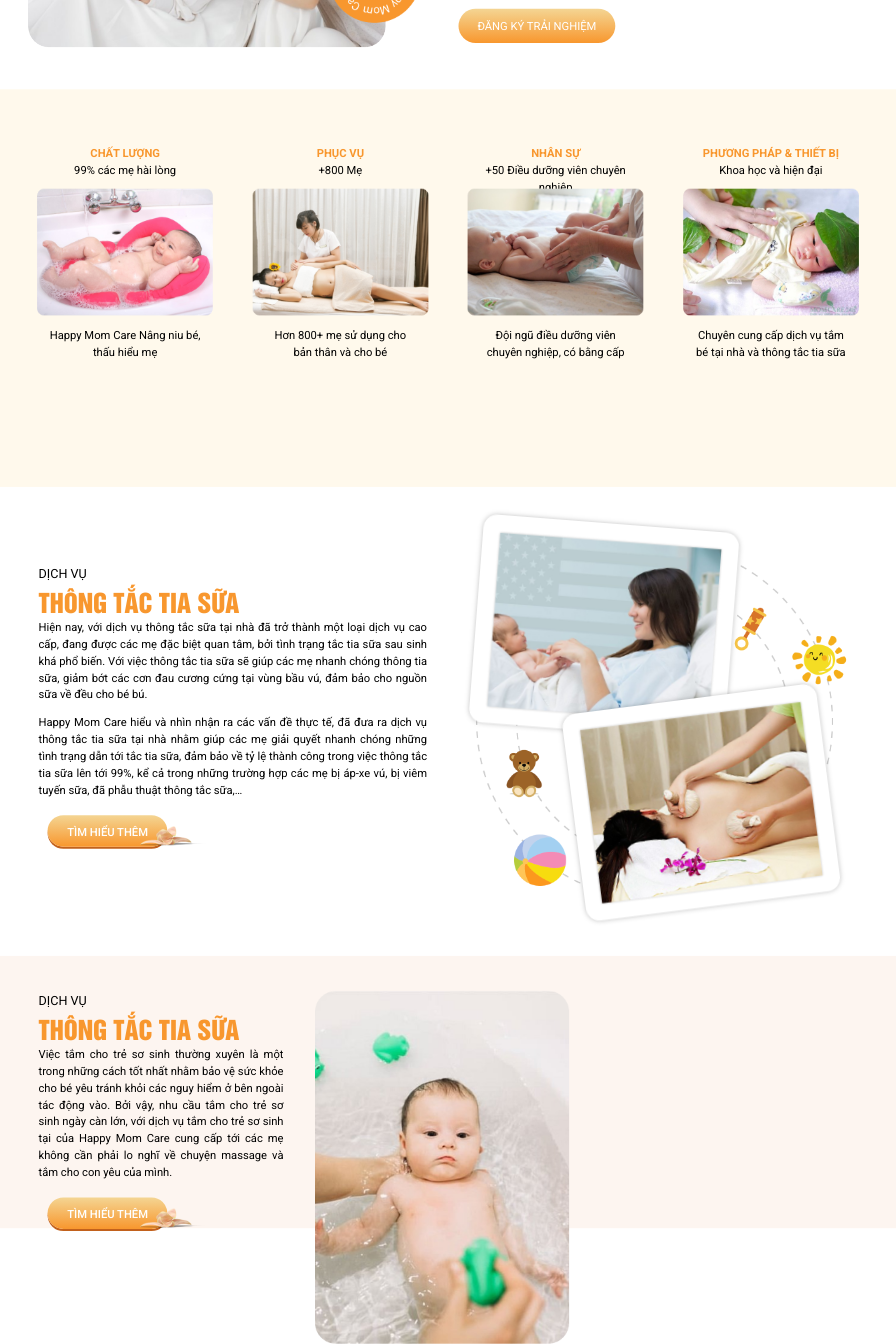
Repository: haianh12082001/happymom
Page: index.html
An editor plug-in stored every save of this project. The page is shown before and after the next save, followed by the edit.
The browser window is 1280 px wide. The pictures show the part of the page from y = 1541 to 3461 px (the page is 3461 px tall), at 70% of full size.
Some web libraries are served in a nearby version. The style sheet was rebuilt from its Sass, Less or Tailwind sources for each picture, by a compiler version that may differ from the author's.

Above is the page before, as saved 2021-11-16 10:59:14.

### index.html
<!DOCTYPE html>
<html lang="en">
    <head>
        <meta charset="UTF-8" />
        <meta http-equiv="X-UA-Compatible" content="IE=edge" />
        <meta name="viewport" content="width=device-width, initial-scale=1.0" />
        <title>Document</title>
        <link href="https://fonts.googleapis.com/css2?family=Roboto:wght@300;400;500;700;900&display=swap" rel="stylesheet" />
        <link rel="stylesheet" href="./assets/fonts/fontawesome-free-5.15.3/css/all.min.css" />
        <link
            rel="stylesheet"
            href="https://cdn.jsdelivr.net/npm/bootstrap@4.6.0/dist/css/bootstrap.min.css"
            integrity="sha384-B0vP5xmATw1+K9KRQjQERJvTumQW0nPEzvF6L/Z6nronJ3oUOFUFpCjEUQouq2+l"
            crossorigin="anonymous"
        />
        <link rel="stylesheet" href="./assets/css/app.css" />
    </head>
    <body>
        <div class="topbar">
            <div class="topbar__container container">
                <div class="topbar__logo">
                    <img src="./assets/img/logo.png" alt="" />
                </div>
                <div class="topbar__openTime">
                    <div class="openTime__text">Giờ mở cửa</div>
                    <div class="openTime__time">8h00 - 16h00</div>
                </div>
                <div class="topbar__seach">
                    <input type="text" name="" id="" placeholder="Tìm kiếm" />
                    <button class="button__seach">
                        <i class="fas fa-search r"></i>
                    </button>
                </div>
                <div class="topbar__hotline">
                    <div class="hotline__icon">
                        <img src="./assets/img/icon__phone.png" alt="" />
                    </div>
                    <div class="hotline__text">
                        <p class="hotline__text--top">Hotline:</p>
                        <p class="hotline__text--bottom">0944 430 977</p>
                    </div>
                </div>
                <div class="topbar__book">
                    <div class="book__icon">
                        <i class="fas fa-calendar-alt"></i>
                    </div>
                    <p class="book__text">Đặt lịch hẹn</p>
                </div>
            </div>
        </div>
        <header class="header">
            <div class="header__container container">
                <ul class="header__list">
                    <li class="header__item">
                        <a href="#" class="header__link">Trang chủ</a>
                    </li>
                    <li class="header__item">
                        <a href="#" class="header__link">Giới thiệu</a>
                    </li>
                    <li class="header__item">
                        <a href="#" class="header__link">Dịch vụ</a>
                    </li>
                    <li class="header__item">
                        <a href="#" class="header__link">Khoá học</a>
                    </li>
                    <li class="header__item">
                        <a href="#" class="header__link">Hệ thống đại lý</a>
                    </li>
                    <li class="header__item">
                        <a href="#" class="header__link">Tin tức</a>
                    </li>
                    <li class="header__item">
                        <a href="#" class="header__link">Liên hệ</a>
                    </li>
                </ul>
                <ul class="header__social">
                    <li>
                        <a href="#">
                            <i class="fab fa-facebook-f"></i>
                        </a>
                    </li>
                    <li>
                        <a href="#">
                            <i class="fab fa-twitter"></i>
                        </a>
                    </li>
                    <li>
                        <a href="#">
                            <i class="fab fa-google-plus-g"></i>
                        </a>
                    </li>
                    <li>
                        <a href="#">
                            <i class="fab fa-skype"></i>
                        </a>
                    </li>
                </ul>
            </div>
        </header>
        <section class="banner">
            <div class="banner__content">
                <div class="banner__img">
                    <img src="./assets/img/banner/Rectangle 28.png" alt="" />
                </div>
                <!-- <div class="banner__phone">
                    <div class="icon">
                        <i class="fas fa-phone-alt"></i>
                    </div>
                    <div class="text">0944 430 977</div>
                </div> -->
            </div>
        </section>
        <section class="bannerAdv">
            <div class="bannerAdv__container container">
                <div class="row">
                    <div class="bannerAdv__item col-lg-3">
                        <div class="bannerAdv__item--top">
                            <div class="text">01</div>
                            <img src="./assets/img/bannerAdv/pngwing 6.png" alt="" />
                        </div>
                        <div class="bannerAdv__item--bottom">
                            <div class="name">Uy tín</div>
                            <p class="des">Happy Mom Care với hệ thống hơn 50 Spa tại Việt Nam luôn sẵn sàng phục vụ khách hàng</p>
                        </div>
                    </div>
                    <div class="bannerAdv__item col-lg-3">
                        <div class="bannerAdv__item--top">
                            <div class="text">02</div>
                            <img src="./assets/img/bannerAdv/pngwing 8.png" alt="" />
                        </div>
                        <div class="bannerAdv__item--bottom">
                            <div class="name">Chuyên nghiệm</div>
                            <p class="des">Dịch vụ Spa mẹ và bé tại Happy Mom Care có hệ thống trang thiết bị chuyên nghiệp</p>
                        </div>
                    </div>
                    <div class="bannerAdv__item col-lg-3">
                        <div class="bannerAdv__item--top">
                            <div class="text">03</div>
                            <img src="./assets/img/bannerAdv/pngwing 9.png" alt="" />
                        </div>
                        <div class="bannerAdv__item--bottom">
                            <div class="name">An toàn</div>
                            <p class="des">Đúng quy trình chuẩn y khoa và sử dụng công nghệ cao trong Spa mang đến cho bạn những giải pháp an toàn nhất</p>
                        </div>
                    </div>
                    <div class="bannerAdv__item col-lg-3">
                        <div class="bannerAdv__item--top">
                            <div class="text">04</div>
                            <img src="./assets/img/bannerAdv/pngwing 10.png" alt="" />
                        </div>
                        <div class="bannerAdv__item--bottom">
                            <div class="name">Chất lượng</div>
                            <p class="des">Đội ngũ nhân viên chuyên nghiệp, có nhiều kinh nghiệm trong lĩnh vực Spa</p>
                        </div>
                    </div>
                </div>
            </div>
        </section>
        <section class="introduce">
            <div class="introduce__container container">
                <div class="row">
                    <div class="col-lg-6">
                        <div class="introduce__img">
                            <img src="./assets/img/Rectangle 33.png" alt="" />
                        </div>
                    </div>
                    <div class="col-lg-6">
                        <div class="introduce__heading">Về chúng tôi</div>
                        <div class="introduce__name">Happy mom care</div>
                        <div class="introduce__address">
                            <div class="introduce__address--img">
                                <img src="./assets/img/Ellipse 29.png" alt="" />
                            </div>
                            <div class="introduce__address--text">
                                <p>Spa Happy Mom Care</p>
                                <span>Số 8 Ngõ 21, Phố Việt Hưng, Long Biên, Hà Nội</span>
                            </div>
                        </div>
                        <div class="introduce__text">
                            <p>
                                Với hơn 30+ điều dưỡng viên có bằng cấp và kinh nghiệm lâu năm, Happy Mom Care mong muốn được phục vụ cho mẹ và bé khắp các quận
                                trong Hà Nội. Bao gồm các dịch vụ:
                            </p>
                            <ul class="text__list">
                                <li>Dịch vụ tắm cho trẻ sơ sinh tại nhà</li>
                                <li>Dịch vụ chăm sóc mẹ sau sinh tại nhà</li>
                                <li>Dịch vụ thông tắc tia sữa</li>
                            </ul>
                        </div>
                        <div class="introduce__btn">
                            <a href="">Đăng ký trải nghiệm</a>
                        </div>
                    </div>
                </div>
            </div>
        </section>
        <section class="blog">
            <div class="blog__container container">
                <div class="row">
                    <div class="blog__item col-lg-3">
                        <div class="blog__name">Chất lượng</div>
                        <div class="blog__subname">99% các mẹ hài lòng</div>
                        <div class="blog__img">
                            <img src="./assets/img/blog/Rectangle 35 (3).png" alt="" />
                        </div>
                        <div class="blog__des">Happy Mom Care Nâng niu bé, thấu hiểu mẹ</div>
                        <div class="blog__btn btn">
                            <a href="">Tìm hiểu thêm</a>
                            <img class="blog__btn--img" src="./assets/img/blog/plant 1.png" alt="" />
                        </div>
                    </div>
                    <div class="blog__item col-lg-3">
                        <div class="blog__name">Phục vụ</div>
                        <div class="blog__subname">+800 Mẹ</div>
                        <div class="blog__img">
                            <img src="./assets/img/blog/Rectangle 35 (4).png" alt="" />
                        </div>
                        <div class="blog__des">Hơn 800+ mẹ sử dụng cho bản thân và cho bé</div>
                        <div class="blog__btn btn">
                            <a href="">Tìm hiểu thêm</a>
                            <img class="blog__btn--img" src="./assets/img/blog/plant 1.png" alt="" />
                        </div>
                    </div>
                    <div class="blog__item col-lg-3">
                        <div class="blog__name">Nhân sự</div>
                        <div class="blog__subname">+50 Điều dưỡng viên chuyên nghiệp</div>
                        <div class="blog__img">
                            <img src="./assets/img/blog/Rectangle 35 (5).png" alt="" />
                        </div>
                        <div class="blog__des">Đội ngũ điều dưỡng viên chuyên nghiệp, có bằng cấp</div>
                        <div class="blog__btn btn">
                            <a href="">Tìm hiểu thêm</a>
                            <img class="blog__btn--img" src="./assets/img/blog/plant 1.png" alt="" />
                        </div>
                    </div>
                    <div class="blog__item col-lg-3">
                        <div class="blog__name">PHƯƠNG PHÁP & THIẾT BỊ</div>
                        <div class="blog__subname">Khoa học và hiện đại</div>
                        <div class="blog__img">
                            <img src="./assets/img/blog/Rectangle 35 (6).png" alt="" />
                        </div>
                        <div class="blog__des">Chuyên cung cấp dịch vụ tắm bé tại nhà và thông tắc tia sữa</div>
                        <div class="blog__btn btn">
                            <a href="">Tìm hiểu thêm</a>
                            <img class="blog__btn--img" src="./assets/img/blog/plant 1.png" alt="" />
                        </div>
                    </div>
                </div>
            </div>
        </section>
        <section class="serviceOne">
            <div class="serviceOne__container container">
                <div class="row">
                    <div class="col-lg-6 serviceOne__left">
                        <div class="service__title">Dịch vụ</div>
                        <div class="service__name">Thông tắc tia sữa</div>
                        <div class="service__text">
                            <p>
                                Hiện nay, với dịch vụ thông tắc sữa tại nhà đã trở thành một loại dịch vụ cao cấp, đang được các mẹ đặc biệt quan tâm, bởi tình
                                trạng tắc tia sữa sau sinh khá phổ biến. Với việc thông tắc tia sữa sẽ giúp các mẹ nhanh chóng thông tia sữa, giảm bớt các cơn
                                đau cương cứng tại vùng bầu vú, đảm bảo cho nguồn sữa về đều cho bé bú.
                            </p>
                            <p>
                                Happy Mom Care hiểu và nhìn nhận ra các vấn đề thực tế, đã đưa ra dịch vụ thông tắc tia sữa tại nhà nhằm giúp các mẹ giải quyết
                                nhanh chóng những tình trạng dẫn tới tắc tia sữa, đảm bảo về tỷ lệ thành công trong việc thông tắc tia sữa lên tới 99%, kể cả
                                trong những trường hợp các mẹ bị áp-xe vú, bị viêm tuyến sữa, đã phẫu thuật thông tắc sữa,…
                            </p>
                        </div>
                        <div class="service__btn btn">
                            <a href="">Tìm hiểu thêm</a>
                            <img class="service__btn--img" src="./assets/img/blog/plant 1.png" alt="" />
                        </div>
                    </div>
                    <div class="col-lg-6 serviceOne__right">
                        <div class="bigCircle__img">
                            <img src="./assets/img/serviceOne/Group 392.png" alt="" />
                        </div>
                        <div class="serviceOne__img--top">
                            <img src="./assets/img/serviceOne/Rectangle 37 (1).png" alt="" />
                        </div>
                        <div class="serviceOne__img--bottom">
                            <img src="./assets/img/serviceOne/Rectangle 38 (1).png" alt="" />
                        </div>
                    </div>
                </div>
            </div>
        </section>
        <section class="serviceTwo">
            <div class="serviceTwo__container container">
                <!-- <img class="serviceTwo__bg--img1" src="./assets/img/serviceTwo/image-home-2 1.png" alt="" />
                <img class="serviceTwo__bg--img2" src="./assets/img/serviceTwo/image-home-1 1.png" alt="" />
                <img class="serviceTwo__bg--img3" src="./assets/img/serviceTwo/image-home-3 1.png" alt="" /> -->
                <div class="row">
                    <div class="serviceTwo__initial col-lg-4">
                        <div class="service__title">Dịch vụ</div>
                        <div class="service__name">Thông tắc tia sữa</div>
                        <div class="service__text">
                            <p>
                                Việc tắm cho trẻ sơ sinh thường xuyên là một trong những cách tốt nhất nhằm bảo vệ sức khỏe cho bé yêu tránh khỏi các nguy hiểm
                                ở bên ngoài tác động vào. Bởi vậy, nhu cầu tắm cho trẻ sơ sinh ngày càn lớn, với dịch vụ tắm cho trẻ sơ sinh tại của Happy Mom
                                Care cung cấp tới các mẹ không cần phải lo nghĩ về chuyện massage và tắm cho con yêu của mình.
                            </p>
                        </div>
                        <div class="service__btn btn">
                            <a href="">Tìm hiểu thêm</a>
                            <img class="service__btn--img" src="./assets/img/blog/plant 1.png" alt="" />
                        </div>
                    </div>
                    <div class="serviceTwo__middle col-lg-4">
                        <img src="./assets/img/serviceTwo/Rectangle 40.png" alt="" />
                    </div>
                    <div class="serviceTwo__end col-lg-4"></div>
                </div>
            </div>
        </section>
        <script type="text/javascript" src="https://code.jquery.com/jquery-1.11.0.min.js"></script>
        <script type="text/javascript" src="https://code.jquery.com/jquery-migrate-1.2.1.min.js"></script>
        <script
            src="https://cdnjs.cloudflare.com/ajax/libs/bootstrap/4.6.0/js/bootstrap.min.js"
            integrity="sha512-XKa9Hemdy1Ui3KSGgJdgMyYlUg1gM+QhL6cnlyTe2qzMCYm4nAZ1PsVerQzTTXzonUR+dmswHqgJPuwCq1MaAg=="
            crossorigin="anonymous"
            referrerpolicy="no-referrer"
        ></script>
        <script type="text/javascript" src="https://cdn.jsdelivr.net/npm/slick-carousel@1.8.1/slick/slick.min.js"></script>
        <script src="./assets/js/main.js"></script>
    </body>
</html>

### assets/sass/app.scss
@import "variables";
@import "reset";
@import "global";
@import "topbar";
@import "header";
@import "banner";
@import "bannerAdv";
@import "introduce";
@import "blog";
@import "service";

### assets/sass/_variables.scss
$font-family: "Roboto", sans-serif;
$color-global: #f8972e;
$text-color: #000000;

### assets/sass/_reset.scss
html {
    box-sizing: border-box;
    scroll-behavior: smooth;
}
* {
    margin: 0;
    padding: 0;
}
*,
*:before,
*:after {
    box-sizing: border-box;
}
input,
textarea,
select,
button {
    outline: none;
}
input {
    line-height: normal;
    outline: none;
    box-shadow: none;
}
input:focus {
    outline: 0;
    border: none;
    box-shadow: none;
}
ul,
li {
    margin: 0;
    padding: 0;
    list-style: none;
}
label,
button {
    cursor: pointer;
}
a {
    text-decoration: none;
    &:hover {
        text-decoration: none;
    }
}
img {
    display: block;
    max-width: 100%;
}

### assets/sass/_global.scss
@font-face {
    font-family: "UTM";
    font-display: swap;
    src: url("../fonts/word/UTM\ HelvetIns.ttf") format("truetype");
}
@font-face {
    font-family: "Time";
    font-display: swap;
    src: url("../fonts/word/timesbd.ttf") format("truetype");
}
body {
    font-family: $font-family;
    margin: 0;
    padding: 0;
    width: 100%;
    font-size: 16px;
    color: $text-color;
}
.container {
    max-width: 1230px;
    margin: 0 auto;
    padding: 0 15px;
}

### assets/sass/_header.scss
.header {
    // height: 59px;
    background: $color-global;
    &__container {
        display: flex;
        justify-content: space-between;
        align-items: center;
    }
    &__list {
        display: flex;
        justify-content: space-between;
        text-transform: uppercase;
        align-items: center;
        // column-gap: 66px;
    }
    &__item {
        margin-left: 66px;
        padding: 16px 0;
        &:first-child {
            margin-left: 0;
        }
    }
    &__link {
        color: #fff;
        font-weight: 500;
    }
    &__social {
        display: flex;
        align-items: center;
        li {
            width: 31px;
            height: 31px;
            background: #fff;
            border-radius: 50%;
            margin-left: 8px;
            i {
                display: flex;
                height: 100%;
                justify-content: center;
                align-items: center;
            }
        }
    }
}

### assets/sass/_banner.scss
.banner {
    position: relative;
    &__img img {
        width: 100%;
        max-height: 598px;
    }
    &__phone {
        color: #845522;
        display: flex;
        .text {
            font-family: "UTM";
        }
    }
}

### assets/sass/_bannerAdv.scss
.bannerAdv {
    background: #fff9ec;
    padding: 25px 0 60px;
    &__container {
    }
    &__item {
        padding: 0px 46px;
        display: flex;
        flex-direction: column;
        align-items: center;
        &--top {
            position: relative;
            display: inline-block;
            max-width: 180px;
            height: 207px;

            .text {
                color: #ffd7ab;
                font-size: 180px;
                font-weight: 700;
                font-family: "Time";
                line-height: 206px;
            }
            img {
                position: absolute;
                bottom: 10px;
                left: 50%;
                transform: translateX(-50%);
            }
        }
        &--bottom {
            text-align: center;
            .name {
                color: #845522;
                margin-bottom: 9px;
                font-weight: 900;
            }
        }
    }
}

### assets/sass/_service.scss
.service {
    &__title {
        text-transform: uppercase;
        font-size: 18px;
    }
    &__name {
        text-transform: uppercase;
        font-size: 36px;
        color: $color-global;
        font-family: "UTM";
        font-weight: 400;
        line-height: 52px;
    }
    &__text {
        text-align: justify;
        margin-bottom: 30px;
    }
    &__btn {
        position: relative;
        a {
            padding: 15px 28px 11px 28px;
            background: linear-gradient(180deg, #f4d593 0%, #f8972e 100%);
            border-radius: 50px;
            text-transform: uppercase;
            color: #fff;
            font-weight: 500;
            box-shadow: 0 3px 0px rgba($color: #c2611c, $alpha: 1);
        }
        &--img {
            position: absolute;
            bottom: 0;
            right: 0;
            transform: translateX(50%);
        }
    }
}
.serviceOne {
    padding: 80px 0;
    &__left {
        padding: 30px;
    }
    &__right {
        padding: 0 40px;
        position: relative;
    }
    .bigCircle__img img {
        width: 100%;
    }
    &__img--top {
        position: absolute;
        top: -28px;
        // left: 0;
        padding: 20px;
        filter: drop-shadow(0px 0px 4px rgba(0, 0, 0, 0.25));
        transform: rotate(4.47deg);
        border-radius: 20px;
        background: #fff;
        img {
            width: 326px;
            height: 258px;
            // object-fit: cover;
        }
    }
    &__img--bottom {
        position: absolute;
        bottom: -10px;
        right: 70px;
        padding: 20px;
        filter: drop-shadow(0px 0px 4px rgba(0, 0, 0, 0.25));
        transform: rotate(-7.32deg);
        border-radius: 20px;
        background: #fff;
        img {
            width: 326px;
            height: 258px;
        }
    }
}
.serviceTwo {
    background: #fdf5f0;
    padding-top: 50px;
    // height: 500px;
    &__container {
        // position: relative;
    }
    img {
        position: absolute;
    }
    &__bg--img1 {
        top: 0;
    }
    &__bg--img2 {
        bottom: 0;
    }
    &__bg--img3 {
        right: 0;
    }
    &__initial {
        padding: 0 30px;
    }
}

Loaded but not shown: assets/fonts/fontawesome-free-5.15.3/css/all.min.css (library); assets/sass/_introduce.scss (117 lines, source omitted); assets/sass/_topbar.scss (95 lines, source omitted); assets/sass/_blog.scss (59 lines, source omitted); assets/js/main.js (no copy from this time; the picture is the same without it)

After the next save:
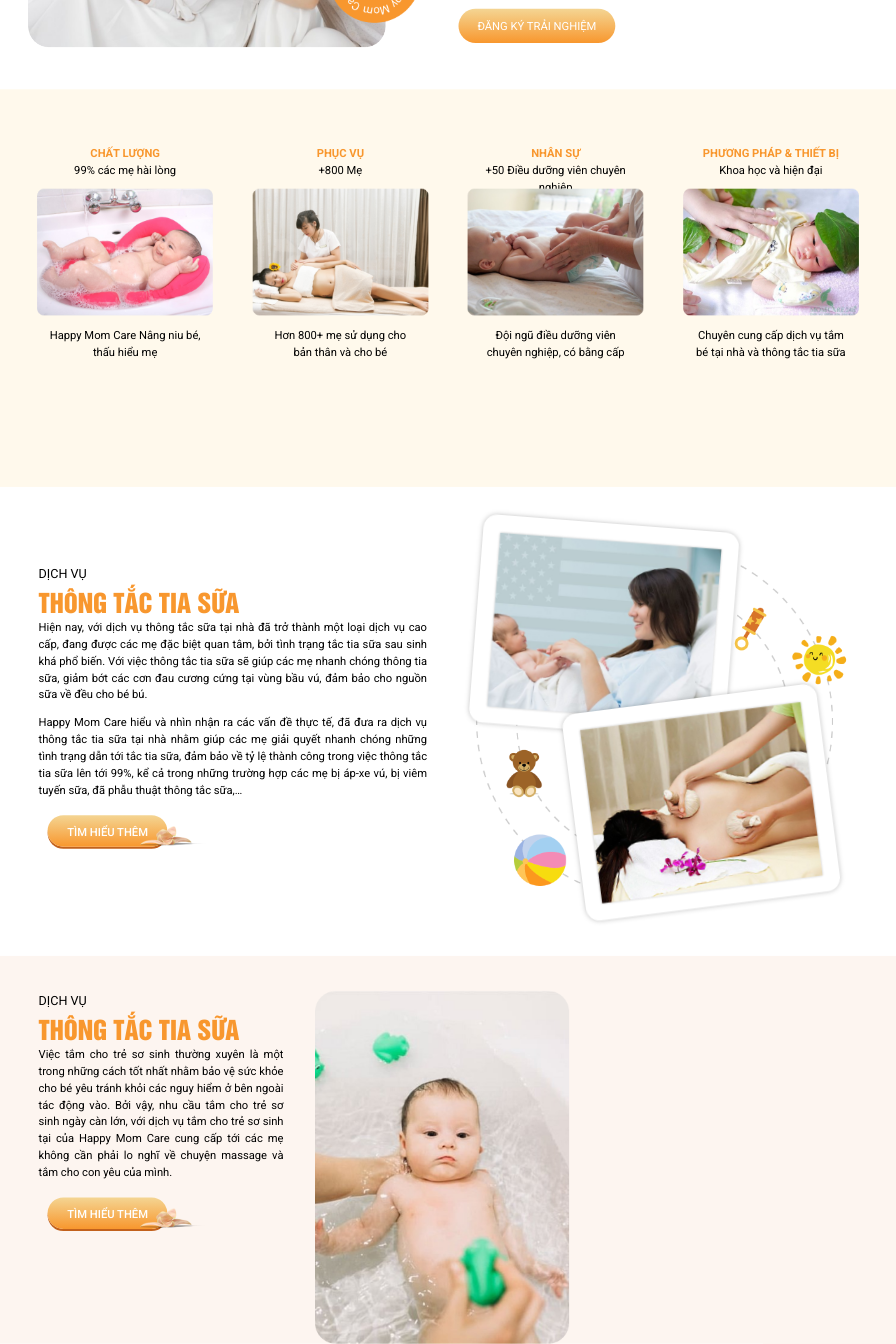
Saved 56 s later.
--- a/assets/sass/_service.scss
+++ b/assets/sass/_service.scss
@@ -98,4 +98,7 @@
     &__initial {
         padding: 0 30px;
     }
+    &__middle {
+        height: 504px;
+    }
 }
